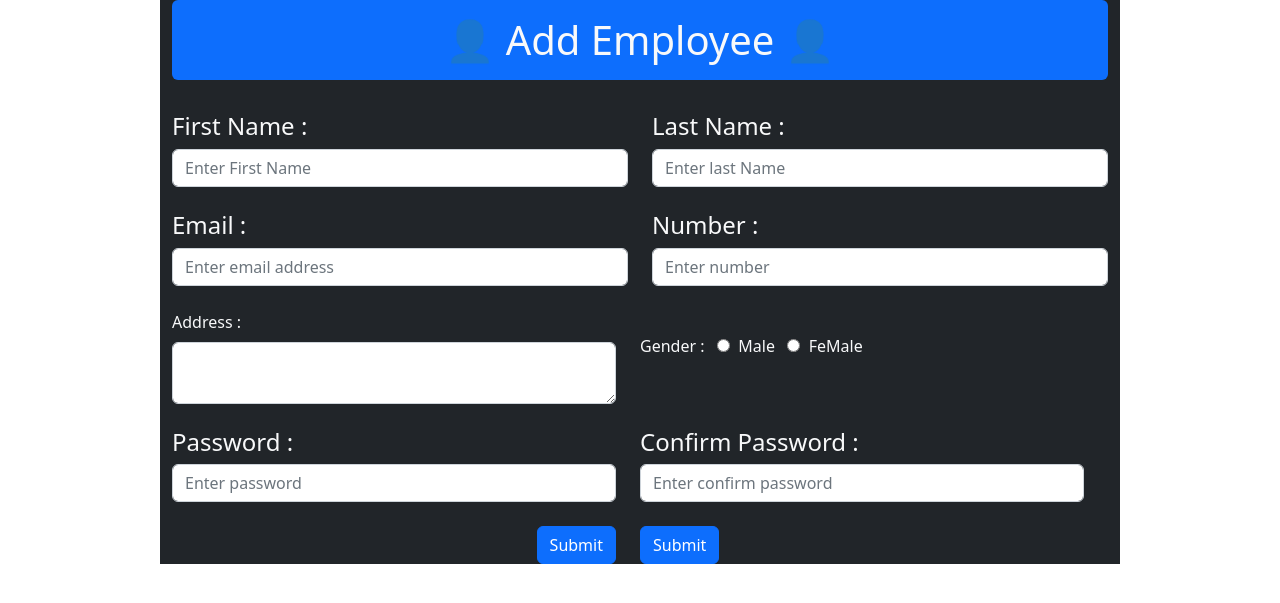
Repository: Rahulkathiriya/java-assignment-and-assesment
Page: http://localhost/web007_assesment_employee_Management_System/addEmployee.jsp
An editor plug-in stored every save of this project. The page is shown before and after the next save, followed by the edit.
The browser window is 1280 px wide. The pictures show the whole page.
The page is served by Tomcat 9. Other server files are loaded and not shown.

Above is the page before, as saved 2022-11-17 15:50:22.

### web007_assesment_employee_Management_System/src/main/webapp/addEmployee.jsp
<%@ page language="java" contentType="text/html; charset=UTF-8"
	pageEncoding="UTF-8"%>
<!DOCTYPE html>
<html>
<head>
<!-- CSS only -->
<link
	href="https://cdn.jsdelivr.net/npm/bootstrap@5.2.0/dist/css/bootstrap.min.css"
	rel="stylesheet"
	integrity="sha384-gH2yIJqKdNHPEq0n4Mqa/HGKIhSkIHeL5AyhkYV8i59U5AR6csBvApHHNl/vI1Bx"
	crossorigin="anonymous">
<!-- <-- JavaScript Bundle with Popper -->
<script
	src="https://cdn.jsdelivr.net/npm/bootstrap@5.2.0/dist/js/bootstrap.bundle.min.js"
	integrity="sha384-A3rJD856KowSb7dwlZdYEkO39Gagi7vIsF0jrRAoQmDKKtQBHUuLZ9AsSv4jD4Xa"
	crossorigin="anonymous"></script>

<!--  	j-Queary cdn -->
<script
	src="https://cdnjs.cloudflare.com/ajax/libs/jquery/3.6.1/jquery.min.js"
	integrity="sha512-aVKKRRi/Q/YV+4mjoKBsE4x3H+BkegoM/em46NNlCqNTmUYADjBbeNefNxYV7giUp0VxICtqdrbqU7iVaeZNXA=="
	crossorigin="anonymous" referrerpolicy="no-referrer"></script>
<meta charset="UTF-8">
<title>add Employee</title>
<style type="text/css">
.form-control:focus {
	border-color: none !important;
	box-shadow: none !important;
}
</style>
</head>
<body>

	<div class="container bg-dark text-light m-auto w-75">
		<div class="h1 text-center bg-primary rounded p-3">👤 Add
			Employee 👤</div>
		<br>
		<div class="row">
			<div class="col col-sm-12 col-md-6 col-lg-6">
				<label class=" h4 form-label" for="fname">First Name :</label> <input
					type="text" id="fname" name="fname" class="form-control"
					placeholder="Enter First Name">
			</div>
			<div class="col col-sm-12 col-md-6 col-lg-6">
				<label class=" h4 form-label" for="lname">Last Name :</label> <input
					type="text" id="lname" name="lname" class="form-control"
					placeholder="Enter last Name">
			</div>
		</div>
		<br>
		<div class="row">
			<div class="col col-sm-12 col-md-6 col-lg-6">
				<label class=" h4 form-label" for="email">Email :</label> <input
					type="email" id="email" name="email" class="form-control"
					placeholder="Enter email address">
			</div>
			<div class="col col-sm-12 col-md-6 col-lg-6">
				<label class=" h4 form-label" for="number">Number :</label> <input
					type="text" id="number" name="number" class="form-control"
					placeholder="Enter number">
			</div>

			<div class="row mt-4">
				<div class="col col-sm-12 col-md-6 col-lg-6">
					<label class="form-label">Address : </label>
					<textarea rows="" cols="" class="form-control" id="address"></textarea>
				</div>
				<div class="col col-sm-12 col-md-6 col-lg-6 mt-4">
					<label class="form-label" for="gender">Gender :</label> &nbsp; <input
						type="radio" name="gender" value="male"> &nbsp;Male &nbsp;
					<input type="radio" name="gender" value="male">
					&nbsp;FeMale
				</div>
			</div>
			<div class="row mt-4">
				<div class="col col-sm-12 col-md-6 col-lg-6">
					<label class=" h4 form-label" for="password">Password :</label> <input
						type="text" id="password" name="password" class="form-control"
						placeholder="Enter password">
				</div>
				<div class="col col-sm-12 col-md-6 col-lg-6">
					<label class=" h4 form-label" for="conpass">Confirm
						Password :</label> <input type="text" id="conpass" name="conpass"
						class="form-control" placeholder="Enter confirm password">
				</div>
			</div>
			<div class="row mt-4">
				<div class="col col-sm-12 col-md-6 col-lg-6 text-end">
				<a href="submit" class="btn btn-primary">Submit</a>

				</div>
				<div class="col col-sm-12 col-md-6 col-lg-6 text-start">
					<a href="submit" class="btn btn-primary">Submit</a>
				</div>
			</div>
		</div>



	</div>

















</body>
</html>

After the next save:
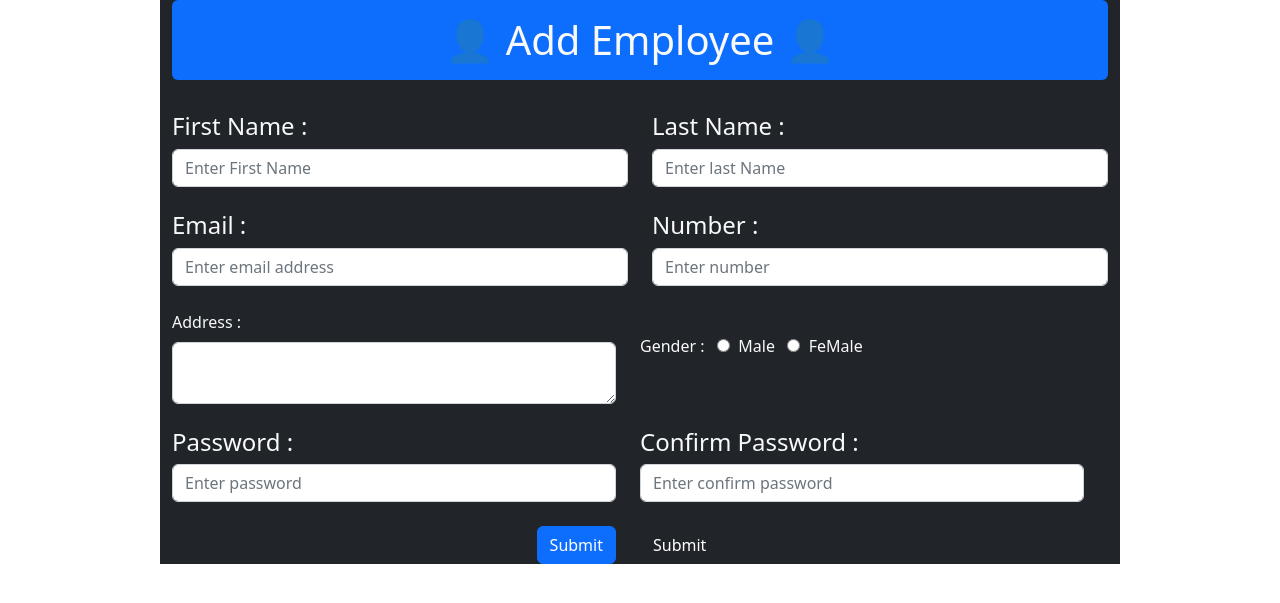
Saved 23 s later.
--- a/web007_assesment_employee_Management_System/src/main/webapp/addEmployee.jsp
+++ b/web007_assesment_employee_Management_System/src/main/webapp/addEmployee.jsp
@@ -90,7 +90,7 @@
 
 				</div>
 				<div class="col col-sm-12 col-md-6 col-lg-6 text-start">
-					<a href="submit" class="btn btn-primary">Submit</a>
+					<a href="submit" class="btn btn-dark">Submit</a>
 				</div>
 			</div>
 		</div>
